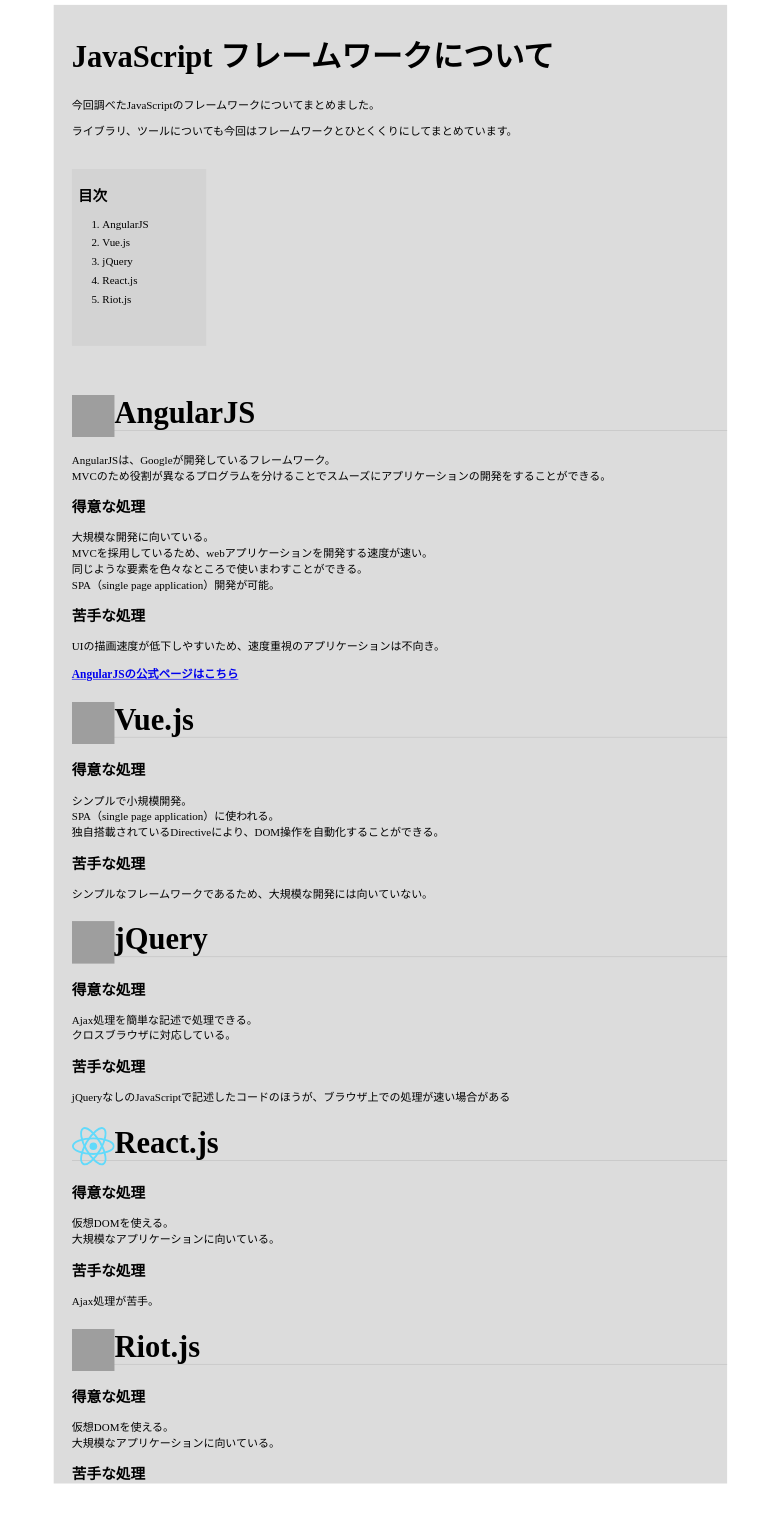
Repository: daichi-python/samurai_HTML_CSS
Page: Framework/index.html
The author's editor kept a record of every edit. The page is drawn from the files as they stood at one moment, then again after the next edit.
The browser window is 1280 px wide. The pictures show the whole page, at 61% of full size.
Pictures or frames that could not be fetched are drawn as grey boxes.

Above is the page before.

### Framework/index.html
<!DOCTYPE html>
<html lang="en">
<head>
    <meta charset="UTF-8">
    <meta name="viewport" content="width=device-width, initial-scale=1.0">
    <meta http-equiv="X-UA-Compatible" content="ie=edge">
    <link rel="stylesheet" href="stylesheet.css" type="text/css" />
    <title>JS Framework</title>
</head>
<body>
    <div class="main">
        <h1>JavaScript フレームワークについて</h1>
        <p>今回調べたJavaScriptのフレームワークについてまとめました。</p>
        <p>ライブラリ、ツールについても今回はフレームワークとひとくくりにしてまとめています。</p>
        <div class="fw-list">
            <h2>目次</h2>
            <ol>
                <li>AngularJS</li>
                <li>Vue.js</li>
                <li>jQuery</li>
                <li>React.js</li>
                <li>Riot.js</li>
            </ol>
        </div>
        <div class="framework">
            <div class="fw angular">
                <img src="https://angular.io/assets/images/logos/angular/shield-large.svg"></img>
                <h1>AngularJS</h1>
                <div class="detail">
                    <p>
                    AngularJSは、Googleが開発しているフレームワーク。<br>
                    MVCのため役割が異なるプログラムを分けることでスムーズにアプリケーションの開発をすることができる。
                    </p>
                    <h2>得意な処理</h2>
                    <p>
                        大規模な開発に向いている。<br>
                        MVCを採用しているため、webアプリケーションを開発する速度が速い。<br>
                        同じような要素を色々なところで使いまわすことができる。<br>
                        SPA（single page application）開発が可能。
                    </p>
                    <h2>苦手な処理</h2>
                    <p>
                        UIの描画速度が低下しやすいため、速度重視のアプリケーションは不向き。
                    </p>
                    <h3><a href="https://angular.jp/">AngularJSの公式ページはこちら<br></a></h3>
                </div>
            </div>
            <div class="fw vue">
                <img src="https://jp.vuejs.org/images/logo.svg"></img>
                <h1>Vue.js</h1>
                <div class="detail">
                    <h2>得意な処理</h2>
                    <p>
                        シンプルで小規模開発。<br>
                        SPA（single page application）に使われる。<br>
                        独自搭載されているDirectiveにより、DOM操作を自動化することができる。
                    </p>
                    <h2>苦手な処理</h2>
                    <p>
                        シンプルなフレームワークであるため、大規模な開発には向いていない。
                    </p>
                </div>
            </div>
            <div class="fw jquery">
                <img src="https://pluspng.com/img-png/jquery-logo-png-jquery-logo-png-transparent-background-png-img-transparent-860x868.png"></img>
                <h1>jQuery</h1>
                <div class="detail">
                    <h2>得意な処理</h2>
                    <p>
                        Ajax処理を簡単な記述で処理できる。<br>
                        クロスブラウザに対応している。
                    </p>
                    <h2>苦手な処理</h2>
                    <p>jQueryなしのJavaScriptで記述したコードのほうが、ブラウザ上での処理が速い場合がある</p>
                </div>
            </div>
            <div class="fw react">
                <img src="data:[embedded picture, 514 characters]"></img>
                <h1>React.js</h1>
                <div class="detail">
                    <h2>得意な処理</h2>
                    <P>
                        仮想DOMを使える。<br>
                        大規模なアプリケーションに向いている。
                    </P>
                    <h2>苦手な処理</h2>
                    <p>
                        Ajax処理が苦手。
                    </p>
                </div>
            </div>
            <div class="fw riot">
                <img src="https://riot.js.org/img/logo/square.svg"></img>
                <h1>Riot.js</h1>
                <div class="detail">
                    <h2>得意な処理</h2>
                    <p>
                        仮想DOMを使える。<br>
                        大規模なアプリケーションに向いている。<br>

                    </p>
                    <h2>苦手な処理</h2>
                    <p>
                    </p>
                </div>
            </div>
        </div>
    </div>
    <footer>

    </footer>
</body>
</html>

### Framework/stylesheet.css
.main {
    width: 85%;
    margin: 0 auto;
    padding: 10px 0 0 30px;
    background-color: #DCDCDC;
}

.main h1 {
    font-size: 50px;
}

.main p {
    font-size: 18px;
}

.fw-list {
    background-color: #D3D3D3;
    width: 200px;
    height: 280px;
    margin: 50px 0;
    padding: 5px 10px;
}

.fw-list li {
    font-size: 18px;
    padding-bottom: 10px;
}

.framework {
    margin: 80px 0;
}

.fw img {
    width: 70px;
    height: 70px;
    float: left;
}

.fw h1 {
    font-size: 50px;
    border-bottom: 1px solid #C0C0C0;
}

After the next edit:
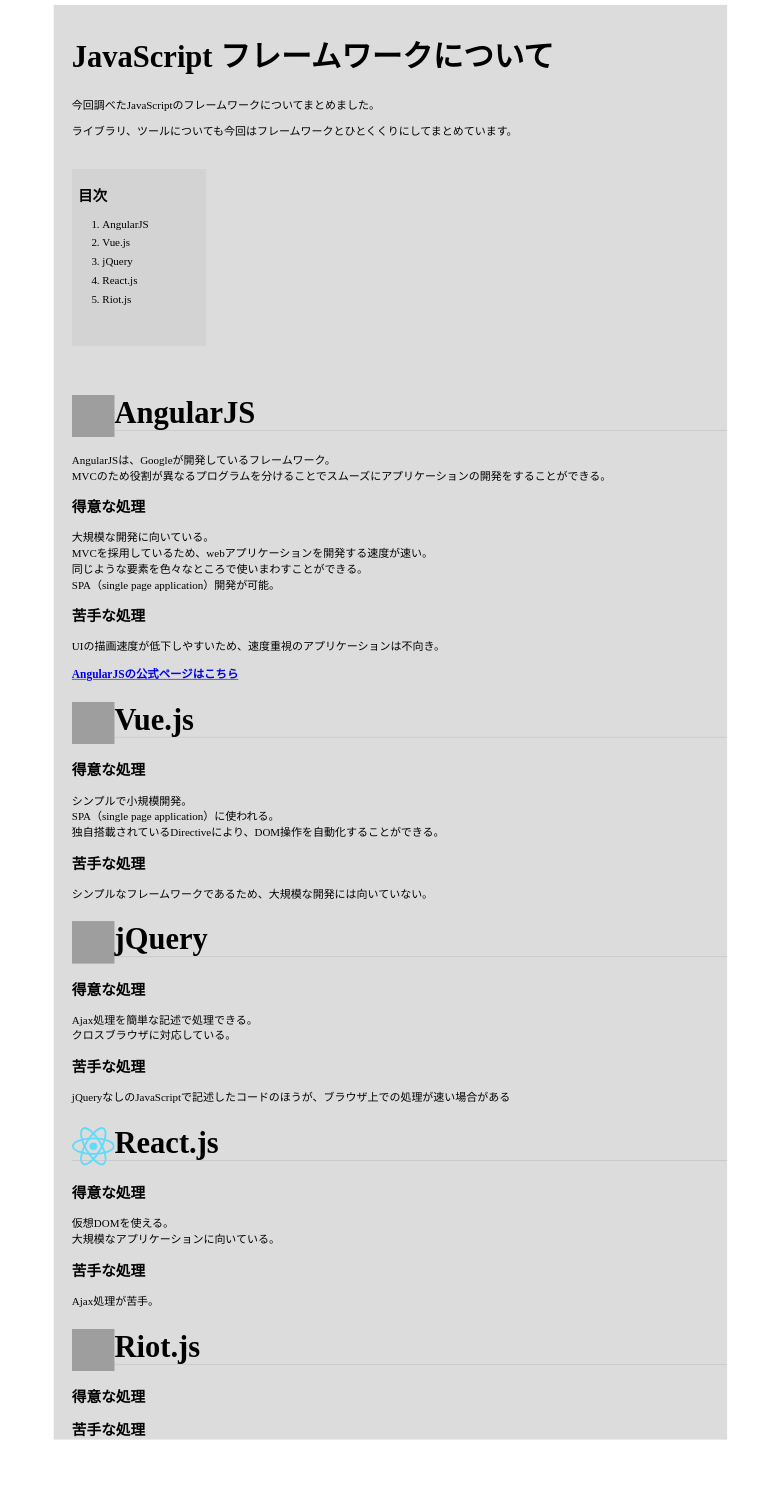
The edit:
--- a/Framework/index.html
+++ b/Framework/index.html
@@ -95,9 +95,6 @@
                 <div class="detail">
                     <h2>得意な処理</h2>
                     <p>
-                        仮想DOMを使える。<br>
-                        大規模なアプリケーションに向いている。<br>
-
                     </p>
                     <h2>苦手な処理</h2>
                     <p>
